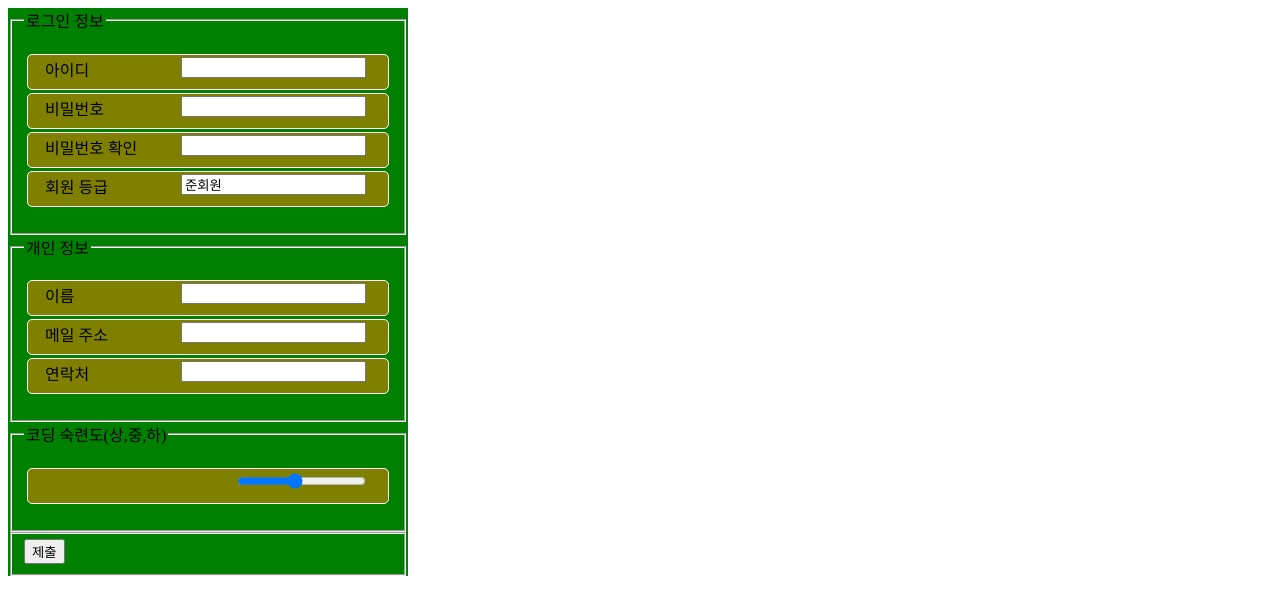
Repository: giwon8701/Qclass_KH
Page: Workspace_Java/testWebProject/test.html
The author's editor kept a copy of each file at every save. The page is drawn from the files as they stood at one save, then again after the next save.
The browser window is 1280 px wide. The pictures show the whole page.

Above is the page before, as saved 2021-01-11 02:36:15.

### Workspace_Java/testWebProject/test.html
<head>
</head><!doctype html>
<html lang="ko">
<head>
<meta charset="UTF-8">
<link href="test_css.css" rel="stylesheet" type="text/css">
</head>

<body>
<form class="navi">
	<fieldset>
		<legend>로그인 정보</legend>
		<ol>
			<li>
				<label>아이디</label>
				<input type="text" id="id">
			</li>

			<li>
				<label>비밀번호</label>
				<input type="text" id="pw">
			</li>

			<li>
				<label>비밀번호 확인</label>
				<input type="text" id="pw_confirm">
			</li>

			<li>
				<label>회원 등급</label>
				<input type="text" id="grade" value="준회원">
			</li>
		</ol>
	</fieldset>

	<fieldset>
		<legend>개인 정보</legend>
		<ol>
			<li>
				<label>이름</label>
				<input type="text" id="name">
			</li>

			<li>
				<label>메일 주소</label>
				<input type="text" id="email">
			</li>

			<li>
				<label>연락처</label>
				<input type="text" id="phone_number">
			</li>
		</ol>
	</fieldset>

	<fieldset>
		<legend>코딩 숙련도(상,중,하)</legend>
		<ol>
			<li>
				<input type="range" id="coding_level" min="1" max="10" step="2">
			</li>
		</ol>
	</fieldset>

	<fieldset>
		<input type="submit" value="제출">
	</fieldset>
</form>
</body>
</html>

### Workspace_Java/testWebProject/test_css.css
.navi {
	background: green;
	width: 400px;
}
.navi ol {
	padding: 0px;
}
.navi ol li {
	list-style-type: none;
	border-style: solid;
	border-width: thin;
	border-color: white;
	border-radius: 5px;
	height: 30px;
	margin: 3px;
	padding: 2px;
	background: olive;
}
.navi ol li label {
	width: 100px;
	padding: 15px;
	top:10%;
}
.navi ol li input {
	float: right;
	margin-right: 20px;
}

After the next save:
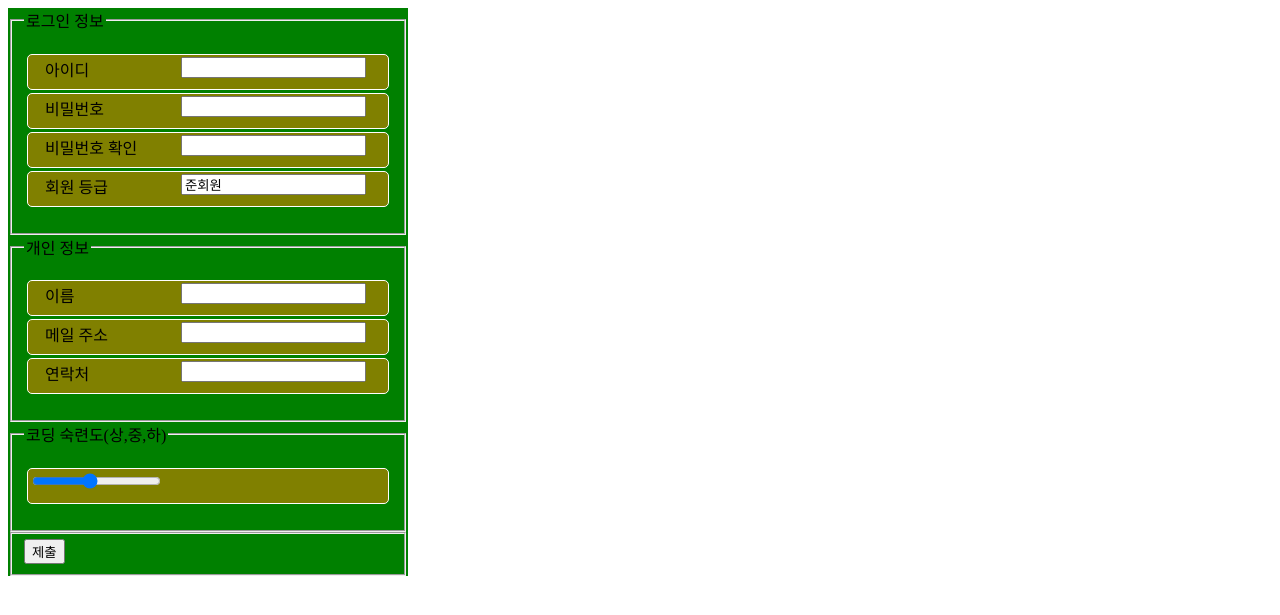
Saved 29 s later.
--- a/Workspace_Java/testWebProject/test_css.css
+++ b/Workspace_Java/testWebProject/test_css.css
@@ -25,3 +25,6 @@
 	float: right;
 	margin-right: 20px;
 }
+#coding_level {
+	float: left;
+}
